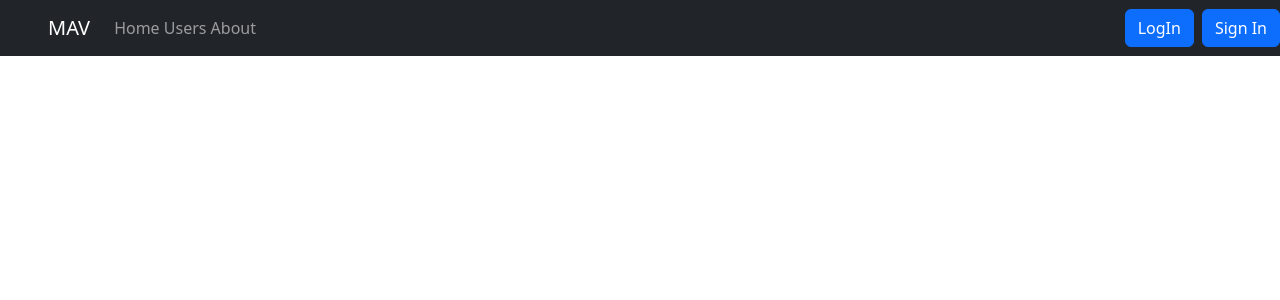
Repository: Dekabrist94/Bootstrap-First-Page
Page: /
An editor plug-in stored every save of this project. The page is shown before and after the next save, followed by the edit.
The browser window is 1280 px wide. The pictures show the whole page.
The project was rebuilt for these pictures with package versions that can differ from the ones it lists, and the page was loaded fresh each time.

Above is the page before, as saved 2023-04-07 23:53:43.

After the next save:
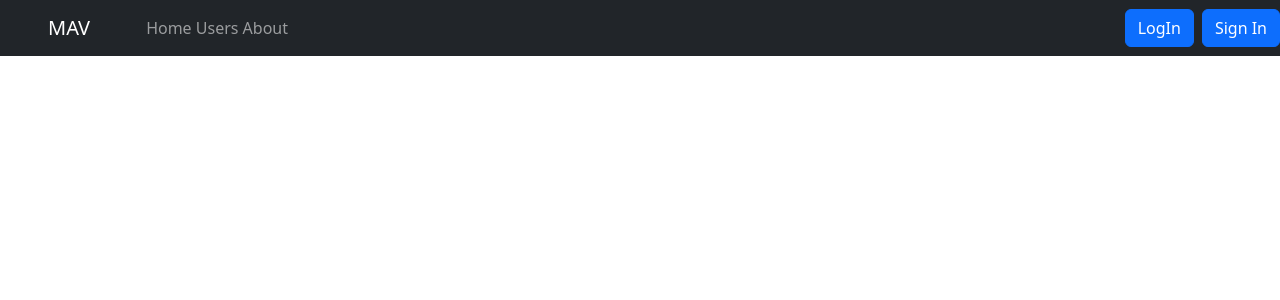
Saved 16 s later.
--- a/src/components/Navibar.js
+++ b/src/components/Navibar.js
@@ -5,7 +5,7 @@ export const Navibar = () => {
   return (
     <>
       <Navbar collapseOnSelect expand="lg" bg="dark" variant="dark">
-        <Navbar.Brand className="ms-5">MAV</Navbar.Brand> {/*LOGO */}
+        <Navbar.Brand className="ms-5 me-5">MAV</Navbar.Brand> {/*LOGO */}
         <Navbar.Toggle aria-controls="responsive-navbar-nav" /> {/* Svernut Menu */}
         <Navbar.Collapse id="responsive-navbar-nav">
           {/*Razvernut Menu */}
